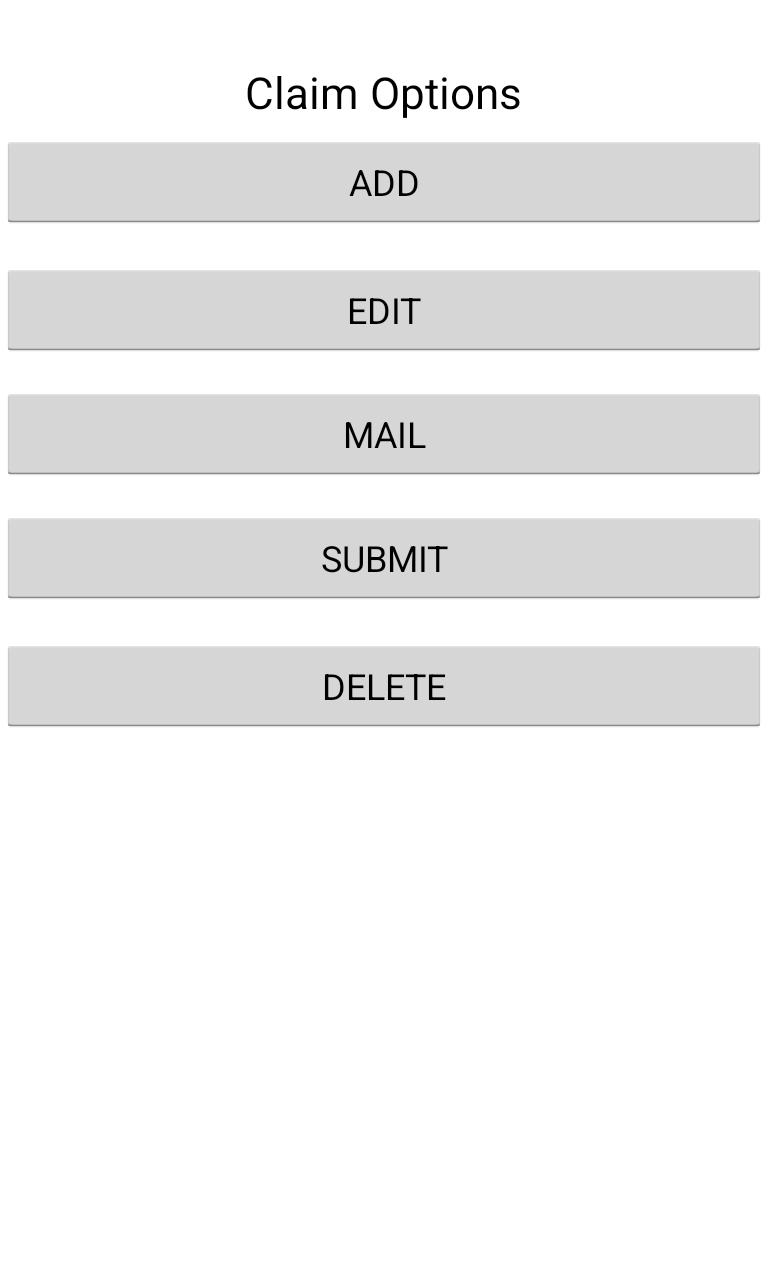
Repository: miguel1726/myassignment1
Layout: miguel1-travel/res/layout/configure_claim.xml
These files come from the project's save history. The layout is drawn as it stood at one moment and after the next save; the edit follows.
It is drawn on a 768 x 1280 px phone screen (xhdpi) without system bars, with theme AppTheme; the app's code is not run.

Above is the layout before, as saved 2015-01-16 21:49:32.

After the next save:
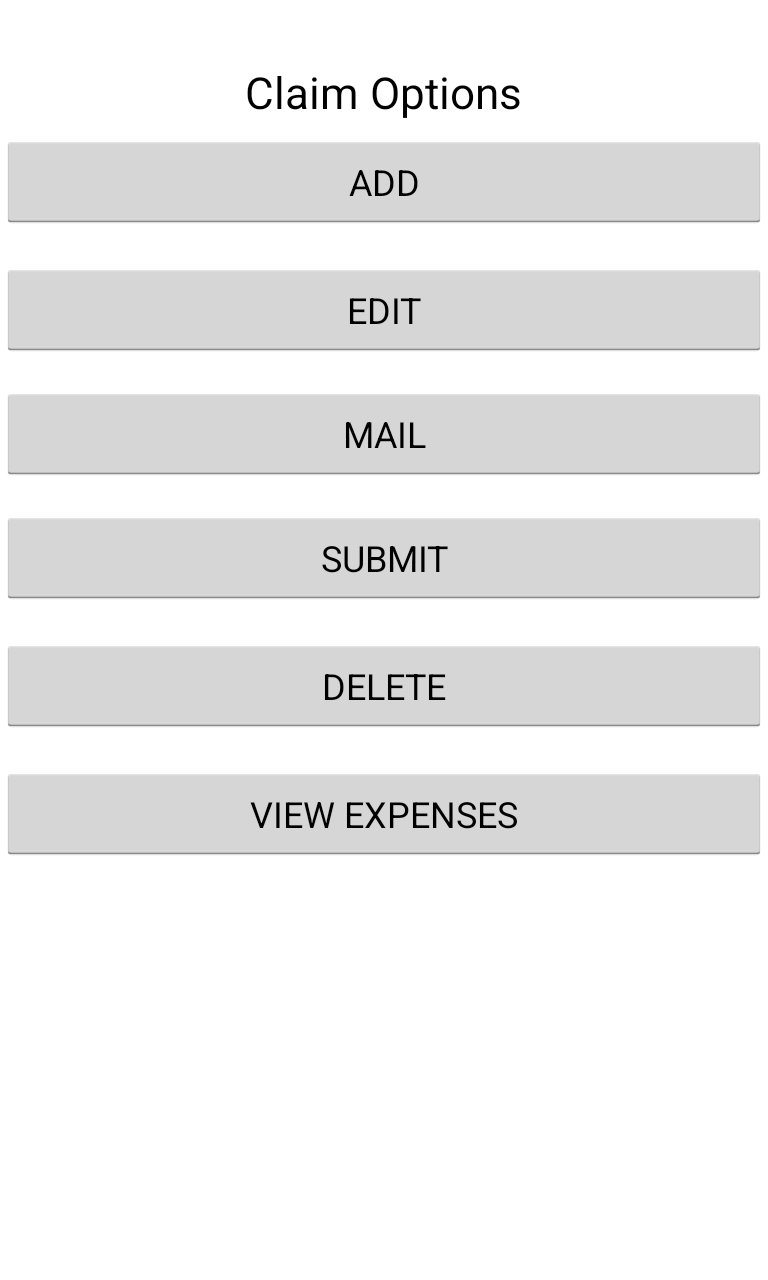
Saved 3 min 5 s later.
--- a/miguel1-travel/res/layout/configure_claim.xml
+++ b/miguel1-travel/res/layout/configure_claim.xml
@@ -63,4 +63,14 @@
         android:text="@string/claim_options"
         android:textAppearance="?android:attr/textAppearanceLarge" />
 
+    <Button
+        android:id="@+id/view_expense"
+        android:layout_width="wrap_content"
+        android:layout_height="wrap_content"
+        android:layout_alignParentLeft="true"
+        android:layout_alignParentRight="true"
+        android:layout_below="@+id/delete_claim"
+        android:layout_marginTop="16dp"
+        android:text="VIEW EXPENSES" />
+
 </RelativeLayout>
